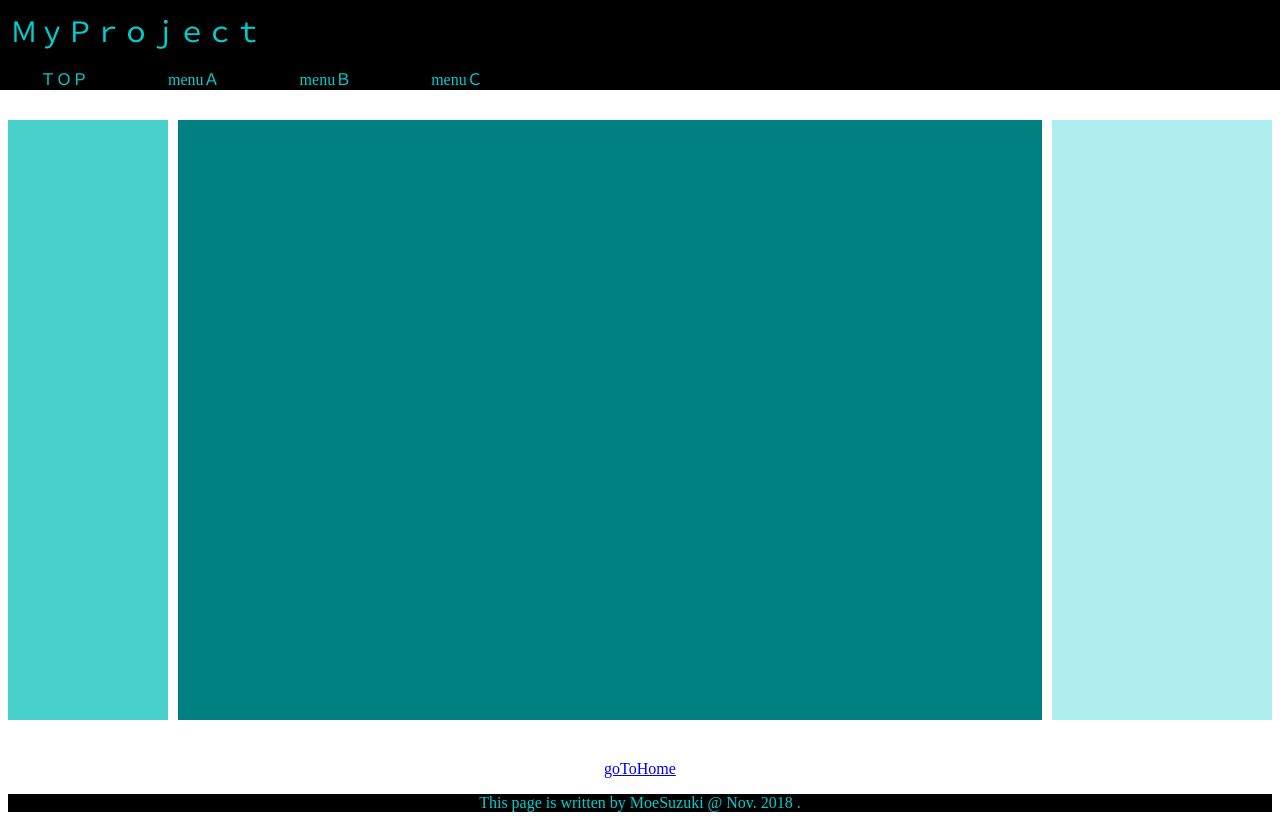
Repository: user10112018/test
Page: http://localhost/MyProject/3columns_flexbox.jsp
These files come from the project's save history. The page is drawn as it stood at one moment and after the next save; the edit follows.
The browser window is 1280 px wide. The pictures show the whole page.
The page is served by Tomcat 9.

Above is the page before, as saved 2018-11-16 07:40:03.

After the next save:
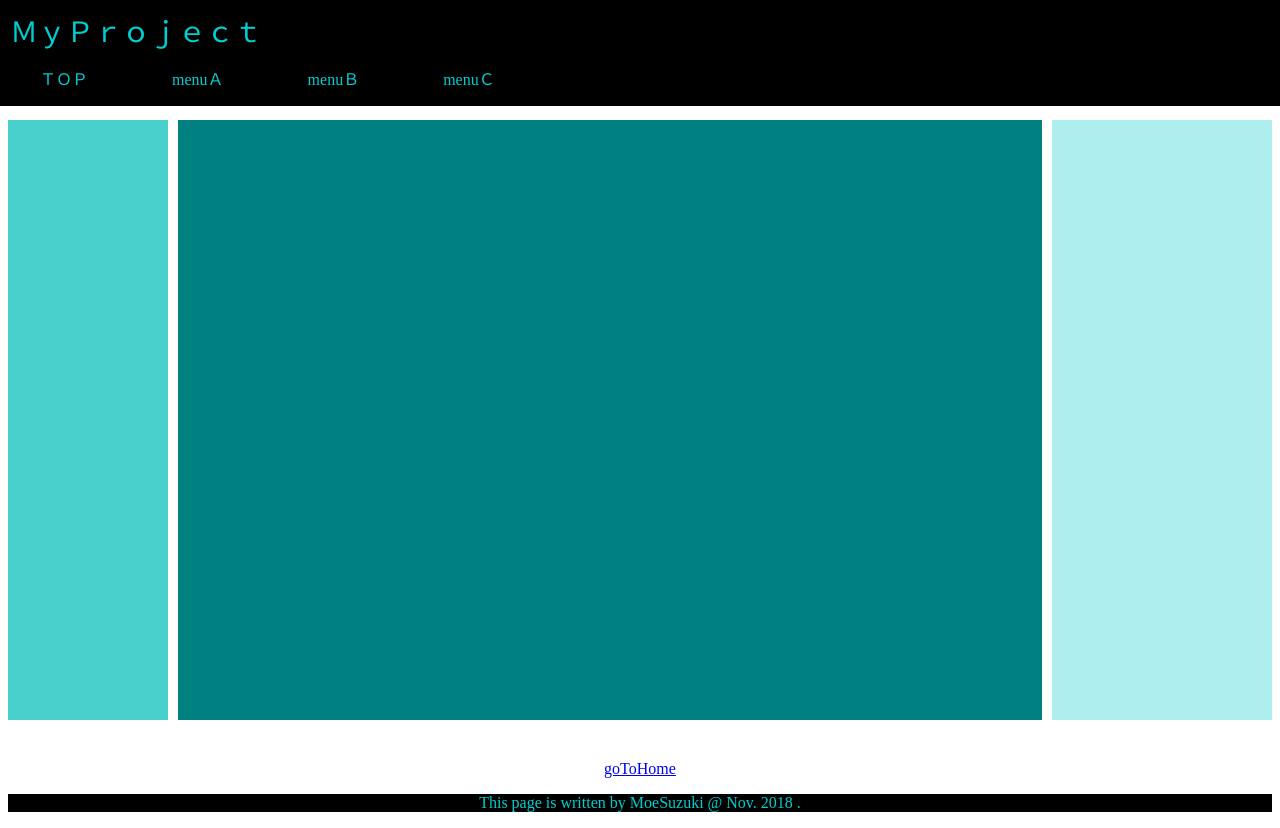
Saved 29 s later.
--- a/MyProject/WebContent/css/style01.css
+++ b/MyProject/WebContent/css/style01.css
@@ -49,7 +49,8 @@ white-space: nowrap;
 }
 
 #menu ul li{
-	float: left;
+/* 	float: left; */
+    display: inline-block;
 	list-style: none;
 /* 	color: red; */
 	font-size: 16px;
